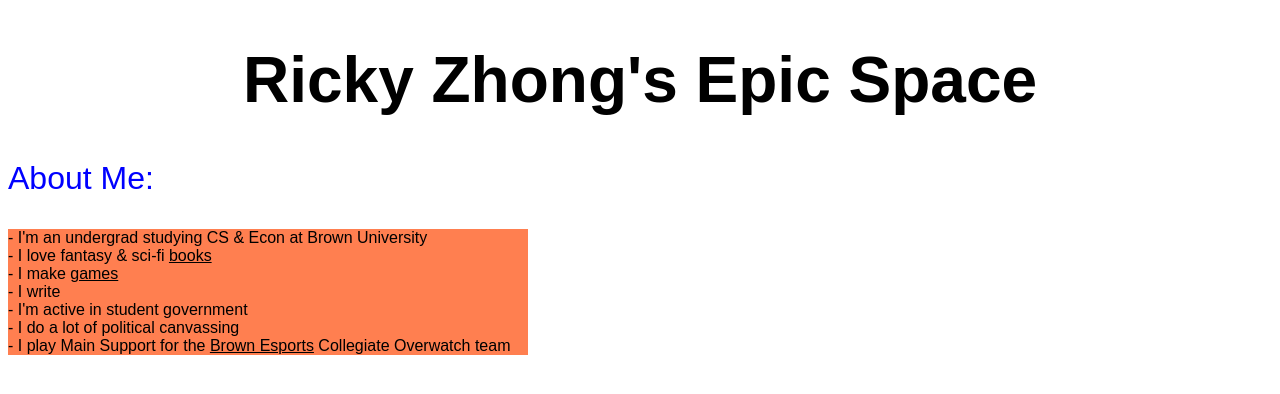
Repository: rickydaricky/rickydaricky.github.io
Page: index.html
These files come from the project's save history. The page is drawn as it stood at one moment and after the next save; the edit follows.
The browser window is 1280 px wide. The pictures show the whole page.

Above is the page before, as saved 2021-11-26 02:51:48.

After the next save:
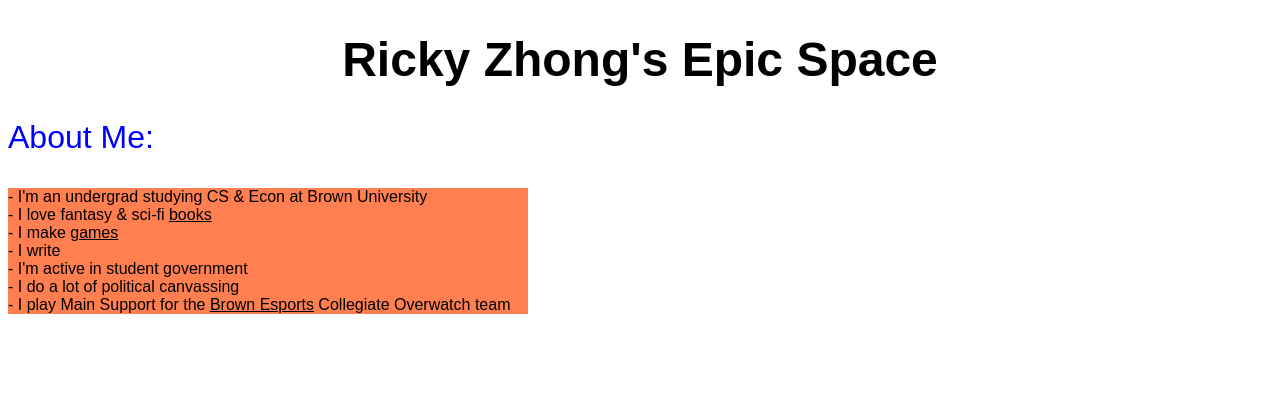
Saved 12 s later.
--- a/main.css
+++ b/main.css
@@ -16,7 +16,7 @@ html * {
 
 .title {
   text-align: center;
-  font-size: 400%;
+  font-size: 300%;
   stroke: red;
 }
 
